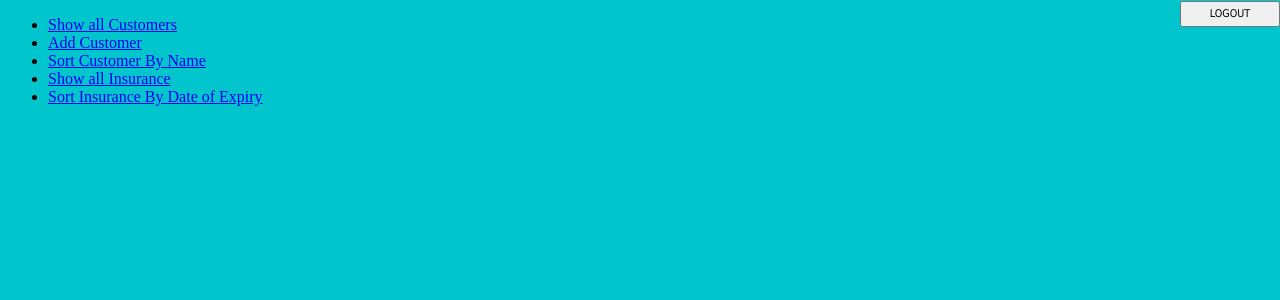
Repository: ankitasha/HomeProject
Page: http://localhost/insurance/WEB-INF/views/homepage.jsp
An editor plug-in stored every save of this project. The page is shown before and after the next save, followed by the edit.
The browser window is 1280 px wide. The pictures show the whole page.
The page is served by Tomcat 9. Nobody is signed in. The template is opened directly, without the code that normally fills it, so the values that code supplies are empty.

Above is the page before, as saved 2017-05-03 05:52:28.

After the next save:
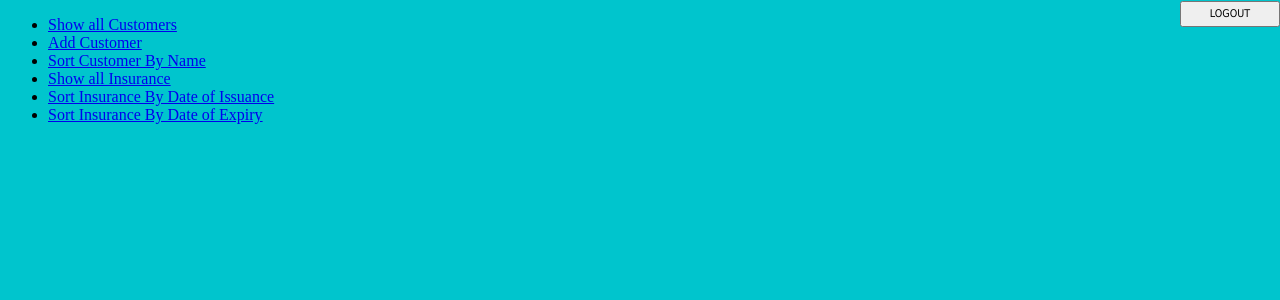
Saved 36 s later.
--- a/insurance/src/main/webapp/WEB-INF/views/homepage.jsp
+++ b/insurance/src/main/webapp/WEB-INF/views/homepage.jsp
@@ -29,6 +29,7 @@
   <li><a href = "addcustomer">Add Customer</a></li>
   <li><a href = "sortCustomerByName">Sort Customer By Name</a></li>
   <li><a href = "allinsurance">Show all Insurance</a></li>
+  <li><a href = "sortInsuranceByDateOfIssuance">Sort Insurance By Date of Issuance</a></li>
   <li><a href = "sortInsuranceByDateOfExpiry">Sort Insurance By Date of Expiry</a></li>
 </ul>
 
